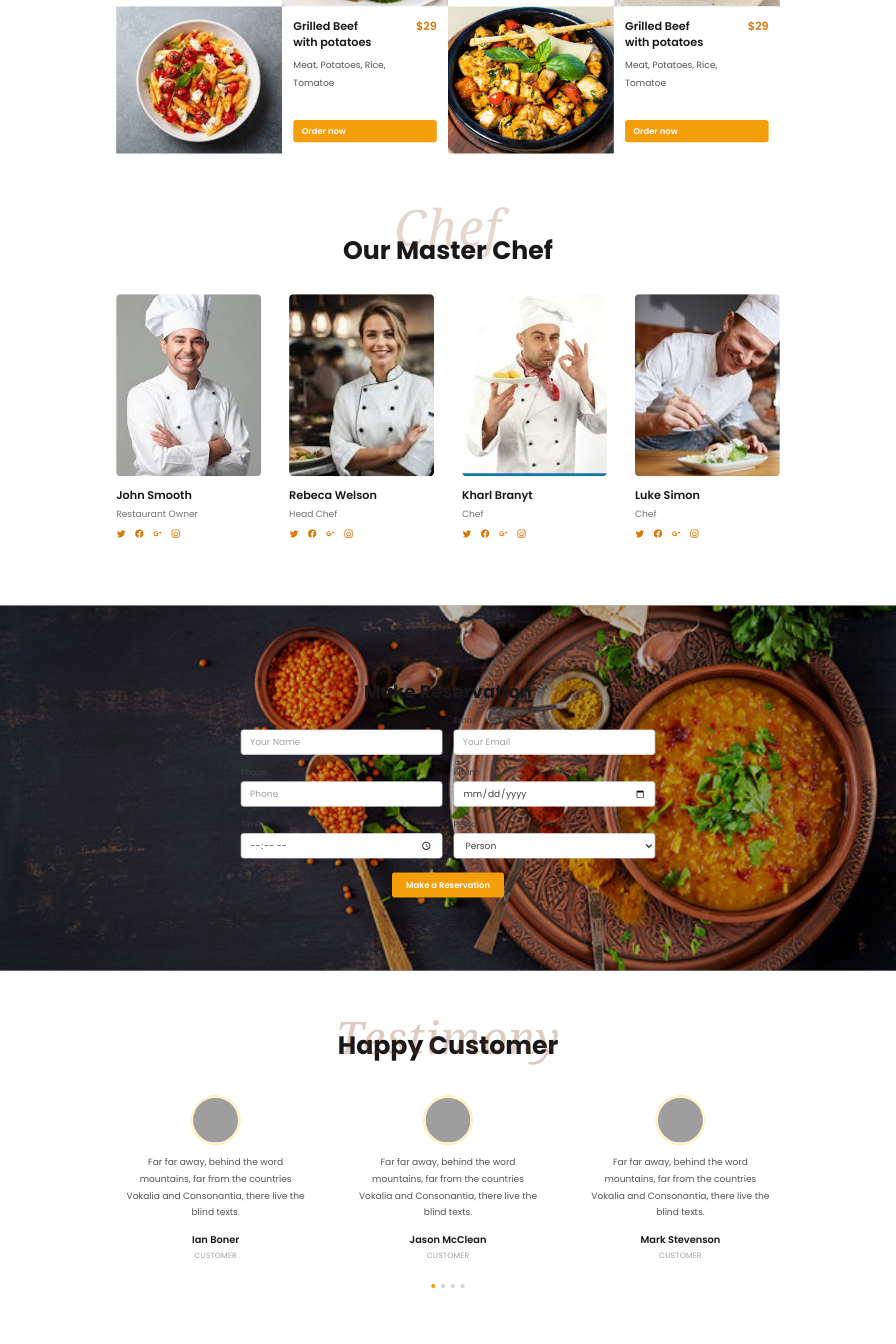
Repository: Purniagithub/Benttacproject
Page: /
These files come from the project's save history. The page is drawn as it stood at one moment and after the next save; the edit follows.
The browser window is 1280 px wide. The pictures show the part of the page from y = 2246 to 4166 px (the page is 4166 px tall), at 70% of full size.
Pictures or frames that could not be fetched are drawn as grey boxes. Some web fonts or font styles are not loaded; a fallback is used. The project was rebuilt for these pictures with package versions that can differ from the ones it lists, and the page was loaded fresh each time. Also part of the build but not shown: vite.config.js.

Above is the page before, as saved 2025-08-21 18:53:00.

### index.html
<!doctype html>
<html lang="en">
  <head>
    <meta charset="UTF-8" />
    <link rel="icon" type="image/svg+xml" href="/vite.svg" />
    <link href="https://fonts.googleapis.com/css2?family=Playfair+Display:ital,wght@1,500&family=Poppins:wght@400;600;700&display=swap" rel="stylesheet">
    <link rel="preconnect" href="https://fonts.gstatic.com" crossorigin>
<link href="https://fonts.googleapis.com/css2?family=Playfair+Display:ital,wght@1,400;1,600&display=swap" rel="stylesheet">

    <meta name="viewport" content="width=device-width, initial-scale=1.0" />
    <title>Vite + React</title>
  </head>
  <body>
    <div id="root"></div>
    <script type="module" src="/src/main.jsx"></script>
  </body>
</html>

### src/App.jsx
import React from "react";
import Navbar from "./components/Navbar";
import Hero from "./components/Hero";

function App() {
  return (
    <div className="font-poppins">
      <Navbar />
      <Hero />
    </div>
  );
}

export default App;

### src/components/Navbar.jsx
import React from "react";

const Navbar = () => {
  return (
    <header className="absolute top-0 left-0 w-full z-50">
      {/* Top bar */}
      <div className="flex justify-between items-center bg-black bg-opacity-70 text-white text-sm px-6 py-2">
        <div className="flex space-x-6">
          <span>📞 +1235 2355 98</span>
          <span>✉️ youremail@email.com</span>
        </div>
        <span>Open hours: Monday - Sunday 8:00AM - 9:00PM</span>
      </div>

      {/* Main Navbar */}
      <nav className="flex justify-between items-center bg-black bg-opacity-60 text-white px-8 py-4">
        <h1 className="text-xl font-bold">Feliciano</h1>
        <ul className="flex space-x-8 font-medium">
          <li><a href="#" className="hover:text-yellow-400">Home</a></li>
          <li><a href="#" className="hover:text-yellow-400">About</a></li>
          <li><a href="#" className="hover:text-yellow-400">Menu</a></li>
          <li><a href="#" className="hover:text-yellow-400">Stories</a></li>
          <li><a href="#" className="hover:text-yellow-400">Contact</a></li>
        </ul>
        <button className="bg-yellow-600 hover:bg-yellow-700 px-5 py-2 rounded text-black font-semibold">
          Book a table
        </button>
      </nav>
    </header>
  );
};

export default Navbar;

### src/components/Hero.jsx
import React from "react";
import AboutSection from "../components/AboutSection";
import CateringServices from "./CateringServices";
import MenuTightGrid from "../components/MenuTightGrid";
import MasterChef from "../components/MasterChef";
import ReservationTestimonials from "../components/ReservationTestimonials";
const dishes = [
  { id: 1, name: "Grilled Beef with potatoes", desc: "Meat, Potatoes, Rice, Tomato", img: "/dish-1.jpeg" },
  { id: 2, name: "Grilled Beef with potatoes", desc: "Meat, Potatoes, Rice, Tomato", img: "/dish-2.jpeg" },
  { id: 3, name: "Grilled Beef with potatoes", desc: "Meat, Potatoes, Rice, Tomato", img: "/dish-3.jpeg" },
  { id: 4, name: "Grilled Beef with potatoes", desc: "Meat, Potatoes, Rice, Tomato", img: "/dish-4.jpeg" },
];

const Hero = () => {
  return (
    <>
    <section
      className="relative h-[80vh] bg-cover bg-center flex flex-col justify-center items-center text-white px-4"
      style={{ backgroundImage: "url('/img-4.jpeg')" }}
    >
      {/* Dark overlay */}
      <div className="absolute inset-0 bg-black/70"></div>

      {/* Headings */}
      <div className="relative z-10 text-center mt-20 md:mt-32 lg:mt-40">
        <h2 className="text-3xl md:text-4xl lg:text-5xl font-serif italic text-[#CDA45E]">
          Feliciano
        </h2>
        <h1 className="text-4xl md:text-5xl lg:text-7xl font-extrabold tracking-wide mt-3 md:mt-4 uppercase">
          Best Restaurant
        </h1>
      </div>

      {/* Dish Cards */}
      <div className="relative z-10 grid grid-cols-1 sm:grid-cols-2 md:grid-cols-4 gap-10 md:gap-16 lg:gap-20 mt-16 md:mt-24 lg:mt-32">
        {dishes.map((dish) => (
          <div key={dish.id} className="text-center max-w-[220px] mx-auto">
            <img
              src={dish.img}
              alt={dish.name}
              className="w-24 h-24 md:w-28 md:h-28 object-cover rounded-full mx-auto border-4 border-white shadow-lg"
            />
            <h3 className="mt-3 font-semibold text-base md:text-lg whitespace-nowrap">
              {dish.name}
            </h3>
            <p className="text-xs md:text-sm text-gray-300">{dish.desc}</p>
          </div>
        ))}
      </div>
    </section>
     {/* Other sections */}
     <AboutSection />
     <CateringServices />
     <MenuTightGrid tileHeight={210} containerWidth={980} />
     <MasterChef />
     <ReservationTestimonials />

</>
  );
};

export default Hero;

### src/components/AboutSection.jsx
// src/components/AboutSection.jsx
import React from "react";

export default function AboutSection() {
  return (
    <section className="w-full bg-white py-16">
      <div className="max-w-5xl mx-auto text-center">
        {/* Top Grid (Images + Content) */}
        <div className="grid grid-cols-1 lg:grid-cols-2 gap-8 items-center">
          {/* Left Images */}
          <div className="flex justify-center gap-4">
            <img
              src="/chef-1.jpeg"
              alt="Chef serving"
              className="shadow-md object-cover h-[280px] w-[180px]"
            />
            <img
              src="/chef-5.jpeg"
              alt="Cooking food"
              className="shadow-md object-cover h-[280px] w-[180px] mt-8"
            />
          </div>

          {/* Right Content */}
          <div className="text-left lg:text-left">
            <h3 className="text-lg font-serif italic text-[#CDA45E] relative mb-2">
              <span className="absolute -left-6 top-0 text-5xl text-gray-200 opacity-40">
                About
              </span>
              About Us
            </h3>
            <h2 className="text-4xl font-bold text-gray-900 mb-4 tracking-wide">
              Feliciano Restaurant
            </h2>
            <p className="text-gray-600 mb-4 leading-relaxed">
              A small river named Duden flows by their place and supplies it
              with the necessary regelialia. It is a paradisematic country, in
              which roasted parts of sentences fly into your mouth.
            </p>

            <p className="text-gray-700 mb-2">
              Mon - Fri <span className="font-bold">8 AM - 11 PM</span>
            </p>
            <p className="text-2xl font-bold text-[#CDA45E]">
              +1-978-123-4567
            </p>
          </div>
        </div>

        {/* Stats Section */}
        <div className="grid grid-cols-2 sm:grid-cols-5 gap-4 mt-16 pt-10">
          <div className="text-center">
            <h4 className="text-3xl font-bold text-[#CDA45E]">18</h4>
            <p className="text-sm text-gray-600">Years of Experience</p>
          </div>
          <div className="text-center">
            <h4 className="text-3xl font-bold text-[#CDA45E]">100</h4>
            <p className="text-sm text-gray-600">Menus/Dish</p>
          </div>
          <div className="text-center">
            <h4 className="text-3xl font-bold text-[#CDA45E]">50</h4>
            <p className="text-sm text-gray-600">Staffs</p>
          </div>
          <div className="text-center">
            <h4 className="text-3xl font-bold text-[#CDA45E]">15,000</h4>
            <p className="text-sm text-gray-600">Happy Customers</p>
          </div>
          <div className="text-center text-xs line-clamp-5">
            <p className="text-xs text-gray-600">A small river named Duden flows by their place and supplies it
              with the necessary regelialia. It is a paradisematic country, in
              which roasted parts of sentences fly into your mouth.</p>
          </div>
        </div>
      </div>
    </section>
  );
}

### src/components/CateringServices.jsx
import React from "react";

function IconCake(props) {
  return (
    <svg viewBox="0 0 24 24" aria-hidden="true" {...props}>
      <g fill="none" stroke="currentColor" strokeWidth="1.6" strokeLinecap="round" strokeLinejoin="round">
        <path d="M12 3v3" />
        <path d="M9 6a3 3 0 1 0 6 0" />
        <path d="M6 12h12" />
        <path d="M6 12v7a2 2 0 0 0 2 2h8a2 2 0 0 0 2-2v-7" />
      </g>
    </svg>
  );
}

function IconMeeting(props) {
  return (
    <svg viewBox="0 0 24 24" aria-hidden="true" {...props}>
      <g fill="none" stroke="currentColor" strokeWidth="1.6" strokeLinecap="round" strokeLinejoin="round">
        <path d="M7 7h10M7 12h7" />
        <path d="M3 18a2 2 0 0 0 2 2h14a2 2 0 0 0 2-2V6a2 2 0 0 0-2-2H5a2 2 0 0 0-2 2z" />
      </g>
    </svg>
  );
}

function IconCloche(props) {
  return (
    <svg viewBox="0 0 24 24" aria-hidden="true" {...props}>
      <g fill="none" stroke="currentColor" strokeWidth="1.6" strokeLinecap="round" strokeLinejoin="round">
        <path d="M12 7a1.5 1.5 0 1 0 0-3 1.5 1.5 0 0 0 0 3z" />
        <path d="M4 16a8 8 0 1 1 16 0" />
        <path d="M4 16h16" />
      </g>
    </svg>
  );
}

const cards = [
  {
    title: "Birthday Party",
    text:
      "Even the all‑powerful Pointing has no control about the blind texts it is an almost unorthographic.",
    Icon: IconCake,
  },
  {
    title: "Business Meetings",
    text:
      "Even the all‑powerful Pointing has no control about the blind texts it is an almost unorthographic.",
    Icon: IconMeeting,
  },
  {
    title: "Wedding Party",
    text:
      "Even the all‑powerful Pointing has no control about the blind texts it is an almost unorthographic.",
    Icon: IconCloche,
  },
];

export default function CateringServices({
  id = "services",
  heading = "Catering Services",
  accent = "Services",
}) {
  return (
    <section id={id} className="relative isolate bg-gray-50 py-24 sm:py-28">
      {/* Accent word behind heading */}
      <div aria-hidden className="pointer-events-none absolute inset-x-0 -top-1 sm:top-0 text-center">
        <span className="select-none font-serif italic tracking-wide text-amber-900/15 text-7xl sm:text-8xl md:text-[96px] leading-none">
          {accent}
        </span>
      </div>

      <div className="mx-auto max-w-[1200px] px-4">
        {/* Main heading */}
        <h2 className="text-center text-[34px] sm:text-[38px] md:text-[44px] font-extrabold tracking-tight text-zinc-900 -mt-12">
          {heading}
        </h2>

        {/* Cards */}
        <div className="mt-14 grid grid-cols-1 md:grid-cols-3 gap-12 md:gap-16">
          {cards.map(({ title, text, Icon }) => (
            <article key={title} className="text-center">
              <div className="mx-auto mb-6 flex h-16 w-16 items-center justify-center rounded-full bg-amber-50 ring-1 ring-amber-100 text-amber-600">
                <Icon className="h-8 w-8" />
              </div>
              <h3 className="text-[20px] font-semibold text-zinc-900">{title}</h3>
              <p className="mt-3 mx-auto max-w-[340px] text-[15px] leading-7 text-zinc-500">
                {text}
              </p>
            </article>
          ))}
        </div>
      </div>
    </section>
  );
}

### src/components/MenuTightGrid.jsx
import React from "react";

const tiles = [
  // Row 1
  { type: "image", src: "/dish-1.jpeg", alt: "Dish 1" },
  { type: "card",  title: "Grilled Beef\nwith potatoes", price: 29, lines: ["Meat, Potatoes, Rice,", "Tomatoe"] },
  { type: "image", src: "/dish-2.jpeg", alt: "Dish 2" },
  { type: "card",  title: "Grilled Beef\nwith potatoes", price: 29, lines: ["Meat, Potatoes, Rice,", "Tomatoe"] },
  // Row 2
  { type: "card",  title: "Grilled Beef\nwith potatoes", price: 29, lines: ["Meat, Potatoes, Rice,", "Tomatoe"] },
  { type: "image", src: "/dish-3.jpeg", alt: "Dish 3" },
  { type: "card",  title: "Grilled Beef\nwith potatoes", price: 29, lines: ["Meat, Potatoes, Rice,", "Tomatoe"] },
  { type: "image", src: "/dish-4.jpeg", alt: "Dish 5" },
  // Row 3
  { type: "image", src: "/dish-5.jpeg", alt: "Dish 6" },
  { type: "card",  title: "Grilled Beef\nwith potatoes", price: 29, lines: ["Meat, Potatoes, Rice,", "Tomatoe"] },
  { type: "image", src: "/dish-6.jpeg", alt: "Dish 6" },
  { type: "card",  title: "Grilled Beef\nwith potatoes", price: 29, lines: ["Meat, Potatoes, Rice,", "Tomatoe"] },
];

function Price({ value }) {
  return <span className="text-[16px] font-semibold text-amber-600">{`$${value}`}</span>;
}

function OrderBtn() {
  return (
    <button className="inline-flex h-8 items-center rounded bg-amber-500 px-3 text-xs font-semibold text-white hover:bg-amber-600">
      Order now
    </button>
  );
}

function Card({ title, price, lines }) {
  return (
    // NO outer padding or margin; fill the grid cell entirely
    <div className="h-full w-full bg-white">
      {/* Internal spacing for the card content only */}
      <article className="flex h-full w-full flex-col justify-between p-4">
        <div>
          <div className="flex items-start justify-between gap-3">
            <h3 className="whitespace-pre-line text-[16px] font-semibold leading-6 text-zinc-900">
              {title}
            </h3>
            <Price value={price} />
          </div>
          <ul className="mt-2 space-y-0.5 text-[13px] leading-6 text-zinc-600">
            {lines.map((t, i) => (
              <li key={i}>{t}</li>
            ))}
          </ul>
        </div>
        <OrderBtn />
      </article>
    </div>
  );
}

function TileImage({ src, alt }) {
  return (
    // NO padding/margin; image covers the tile
    <div className="h-full w-full">
      <img src={src} alt={alt} className="h-full w-full object-cover" loading="lazy" />
    </div>
  );
}

export default function MenuTightGrid({
  id = "menu",
  heading = "Our Menu",
  accent = "Specialties",
  data = tiles,
  // Adjust these two to tune exact size
  tileHeight = 210,      // each tile’s fixed height (px)
  containerWidth = 980,  // overall section width (px)
}) {
  return (
    <section id={id} className="relative isolate bg-white py-14">
      {/* Accent script word behind heading */}
      <div aria-hidden className="pointer-events-none absolute inset-x-0 top-1 text-center">
        <span className="select-none font-serif italic text-[60px] md:text-[72px] leading-none tracking-wide text-amber-900/20">
          {accent}
        </span>
      </div>

      <div className="mx-auto px-4" style={{ maxWidth: `${containerWidth}px` }}>
        <h2 className="text-center text-[30px] md:text-[34px] font-extrabold leading-tight text-zinc-900 -mt-2">
          {heading}
        </h2>

        {/* 4-column grid — zero gap, zero padding */}
        <div className="mt-8 grid grid-cols-4 gap-0">
          {data.map((t, i) => (
            <div key={i} className="m-0 p-0" style={{ height: `${tileHeight}px` }}>
              {t.type === "card" ? (
                <Card title={t.title} price={t.price} lines={t.lines} />
              ) : (
                <TileImage src={t.src} alt={t.alt} />
              )}
            </div>
          ))}
        </div>
      </div>
    </section>
  );
}

### src/components/ReservationTestimonials.jsx
import React from "react";

const BG_IMG = "/images/food-bg.jpg";          // full-width background for reservation
const AV1 = "/images/testi-1.jpg";
const AV2 = "/images/testi-2.jpg";
const AV3 = "/images/testi-3.jpg";

function Accent({ text, className = "" }) {
  return (
    <div aria-hidden className={`pointer-events-none absolute inset-x-0 -top-4 text-center ${className}`}>
      <span className="select-none font-serif italic text-amber-900/25 leading-none tracking-wide text-[54px] sm:text-[64px]">
        {text}
      </span>
    </div>
  );
}

function Input({ placeholder, type = "text" }) {
  return (
    <input
      type={type}
      placeholder={placeholder}
      className="h-9 w-full rounded border border-zinc-200 bg-white px-3 text-[13px] text-zinc-700 outline-none placeholder:text-zinc-400 focus:border-amber-400"
    />
  );
}

function Select({ placeholder }) {
  return (
    <select
      className="h-9 w-full rounded border border-zinc-200 bg-white px-3 text-[13px] text-zinc-700 outline-none focus:border-amber-400"
      defaultValue=""
    >
      <option value="" disabled>
        {placeholder}
      </option>
      <option>1 Person</option>
      <option>2 Person</option>
      <option>3 Person</option>
      <option>4 Person</option>
      <option>5+ Person</option>
    </select>
  );
}

function ReservationCard() {
  return (
    <div className="relative mx-auto w-[640px] max-w-[92vw] rounded bg-white/98 p-6 shadow-lg">
      <h3 className="mb-3 text-center text-[26px] font-extrabold text-zinc-900">
        Make Reservation
      </h3>

      <div className="grid grid-cols-2 gap-4">
        <div>
          <label className="mb-1 block text-[12px] font-medium text-zinc-700">Name</label>
          <Input placeholder="Your Name" />
        </div>
        <div>
          <label className="mb-1 block text-[12px] font-medium text-zinc-700">Email</label>
          <Input type="email" placeholder="Your Email" />
        </div>

        <div>
          <label className="mb-1 block text-[12px] font-medium text-zinc-700">Phone</label>
          <Input placeholder="Phone" />
        </div>
        <div>
          <label className="mb-1 block text-[12px] font-medium text-zinc-700">Phone</label>
          <Input placeholder="Date" type="date" />
        </div>

        <div>
          <label className="mb-1 block text-[12px] font-medium text-zinc-700">Time</label>
          <Input placeholder="Time" type="time" />
        </div>
        <div>
          <label className="mb-1 block text-[12px] font-medium text-zinc-700">Person</label>
          <Select placeholder="Person" />
        </div>
      </div>

      <div className="mt-5 flex justify-center">
        <button className="h-9 rounded bg-amber-500 px-5 text-[12px] font-semibold text-white shadow hover:bg-amber-600">
          Make a Reservation
        </button>
      </div>
    </div>
  );
}

function TestiCard({ img, name, role, text }) {
  return (
    <article className="text-center">
      <div className="mx-auto mb-4 h-[64px] w-[64px] overflow-hidden rounded-full ring-4 ring-amber-100">
        <img src={img} alt={name} className="h-full w-full object-cover" />
      </div>
      <p className="mx-auto mb-4 max-w-[260px] text-[13px] leading-6 text-zinc-600">{text}</p>
      <h4 className="text-[14px] font-semibold text-zinc-900">{name}</h4>
      <p className="mt-1 text-[11px] uppercase tracking-wide text-zinc-400">{role}</p>
    </article>
  );
}

export default function ReservationTestimonials() {
  return (
    <section className="bg-white">
      {/* Top: reservation over image */}
      <div
        className="relative bg-zinc-900"
        style={{
          backgroundImage: `url(${'/dish-13.jpg'})`,
          backgroundSize: "cover",
          backgroundPosition: "center",
        }}
      >
        <div className="absolute inset-0 bg-black/25" />
        <div className="relative mx-auto max-w-[1080px] px-4 py-16 sm:py-20">
          <div className="relative">
            <Accent text="Book a table" />
            <ReservationCard />
          </div>
        </div>
      </div>

      {/* Bottom: testimonials */}
      <div className="relative mx-auto max-w-[980px] px-4 py-16 sm:py-20">
        <div className="relative">
          <Accent text="Testimony" />
          <h2 className="text-center text-[32px] sm:text-[36px] font-extrabold text-zinc-900">
            Happy Customer
          </h2>
        </div>

        <div className="mt-12 grid grid-cols-1 gap-12 sm:grid-cols-3">
          <TestiCard
            img={AV1}
            name="Ian Boner"
            role="Customer"
            text="Far far away, behind the word mountains, far from the countries Vokalia and Consonantia, there live the blind texts."
          />
          <TestiCard
            img={AV2}
            name="Jason McClean"
            role="Customer"
            text="Far far away, behind the word mountains, far from the countries Vokalia and Consonantia, there live the blind texts."
          />
          <TestiCard
            img={AV3}
            name="Mark Stevenson"
            role="Customer"
            text="Far far away, behind the word mountains, far from the countries Vokalia and Consonantia, there live the blind texts."
          />
        </div>

        {/* dots */}
        <div className="mt-8 flex justify-center gap-2">
          <span className="h-1.5 w-1.5 rounded-full bg-amber-500" />
          <span className="h-1.5 w-1.5 rounded-full bg-zinc-300" />
          <span className="h-1.5 w-1.5 rounded-full bg-zinc-300" />
          <span className="h-1.5 w-1.5 rounded-full bg-zinc-300" />
        </div>
      </div>
    </section>
  );
}

Loaded but not shown: src/main.jsx (common file); src/index.css (common file); tailwind.config.js (15 lines, source omitted); src/components/MasterChef.jsx (111 lines, source omitted)

After the next save:
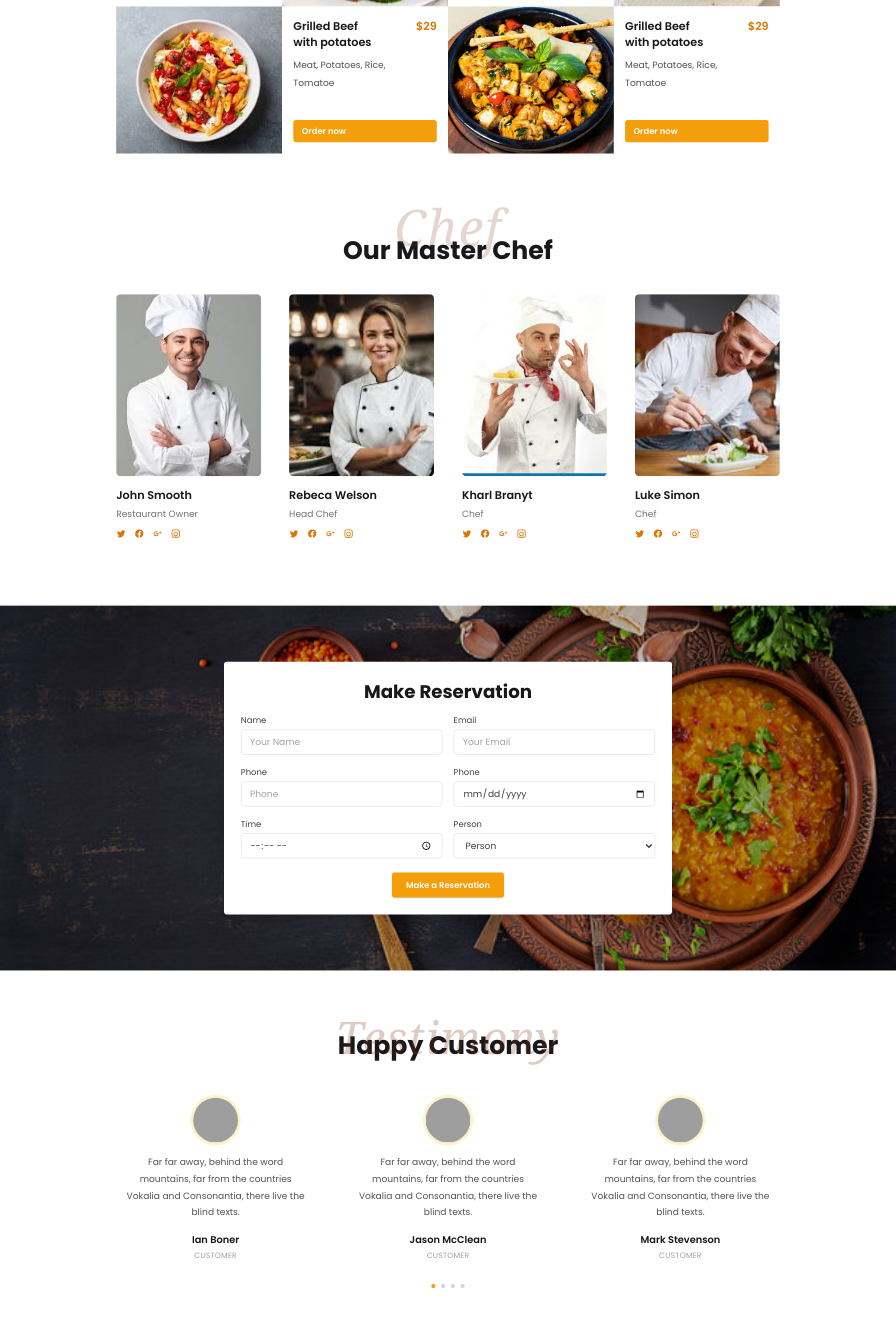
Saved 8 min 17 s later.
--- a/src/components/ReservationTestimonials.jsx
+++ b/src/components/ReservationTestimonials.jsx
@@ -45,7 +45,7 @@ function Select({ placeholder }) {
 
 function ReservationCard() {
   return (
-    <div className="relative mx-auto w-[640px] max-w-[92vw] rounded bg-white/98 p-6 shadow-lg">
+    <div className="relative mx-auto w-[640px] max-w-[92vw] rounded bg-white p-6 shadow-lg">
       <h3 className="mb-3 text-center text-[26px] font-extrabold text-zinc-900">
         Make Reservation
       </h3>
